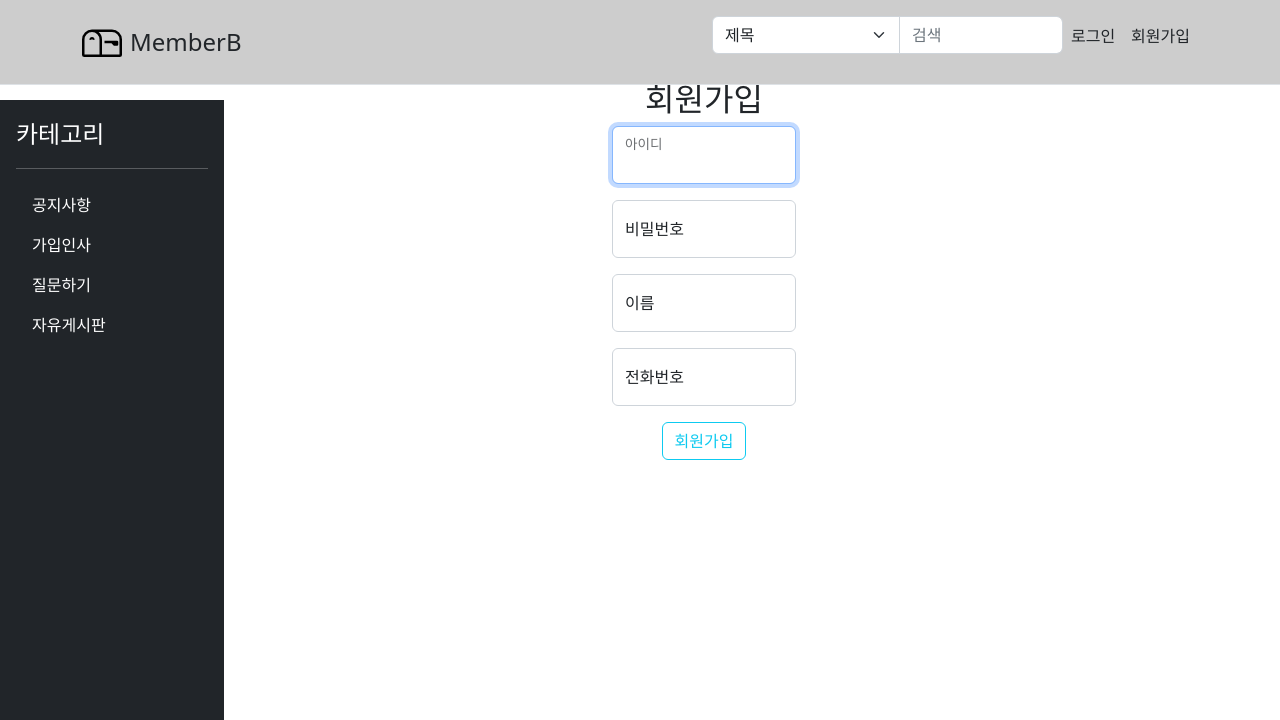
Repository: charmErin/board_220915
Page: http://localhost/board/WEB-INF/views/member/save.jsp
The author's editor kept a copy of each file at every save. The page is drawn from the files as they stood at one save, then again after the next save.
The browser window is 1280 px wide. The pictures show the whole page.
The page is served by Tomcat 9. Nobody is signed in. The template is opened directly, without the code that normally fills it, so the values that code supplies are empty.

Above is the page before, as saved 2022-09-16 02:47:06.

After the next save:
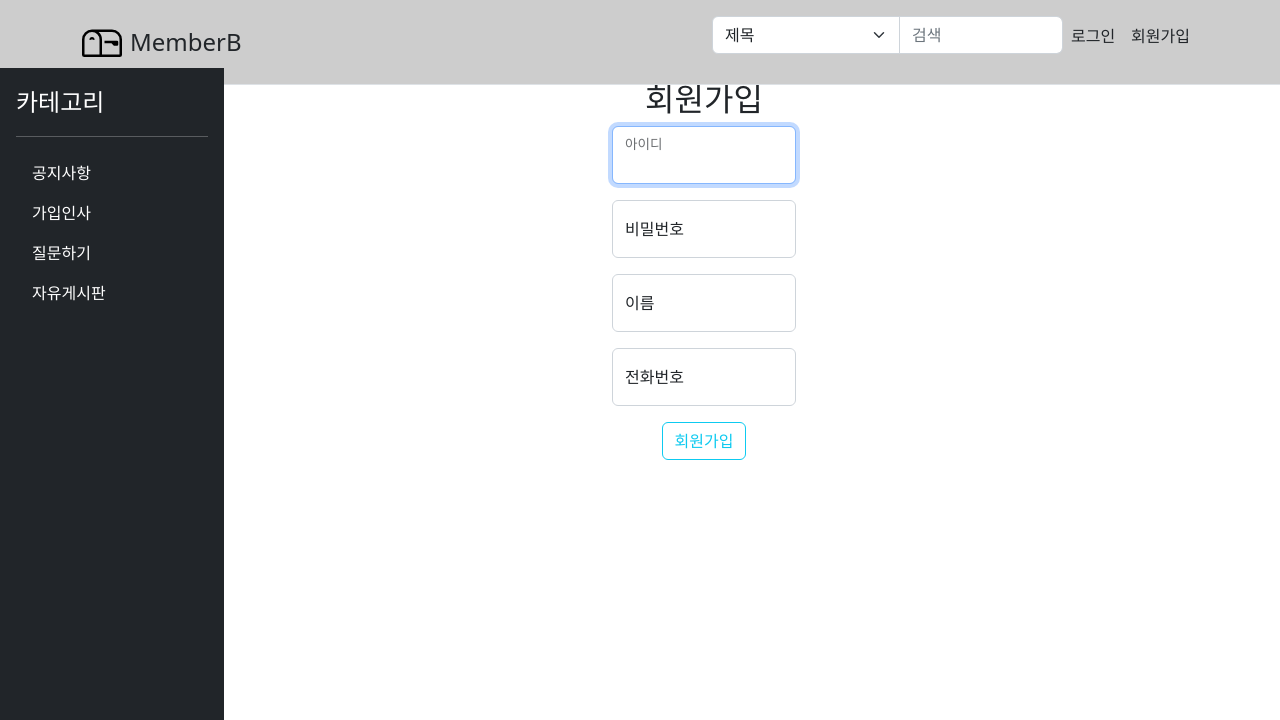
Saved 18 s later.
--- a/board/src/main/webapp/WEB-INF/views/layout/header.jsp
+++ b/board/src/main/webapp/WEB-INF/views/layout/header.jsp
@@ -16,7 +16,6 @@
 	.side-bar {
 		width: 14rem;
 		height: 100%;
-		margin-top: 2rem;
 		position: fixed;
 		display: inline !important;
 	}

After the 3 saves that followed:
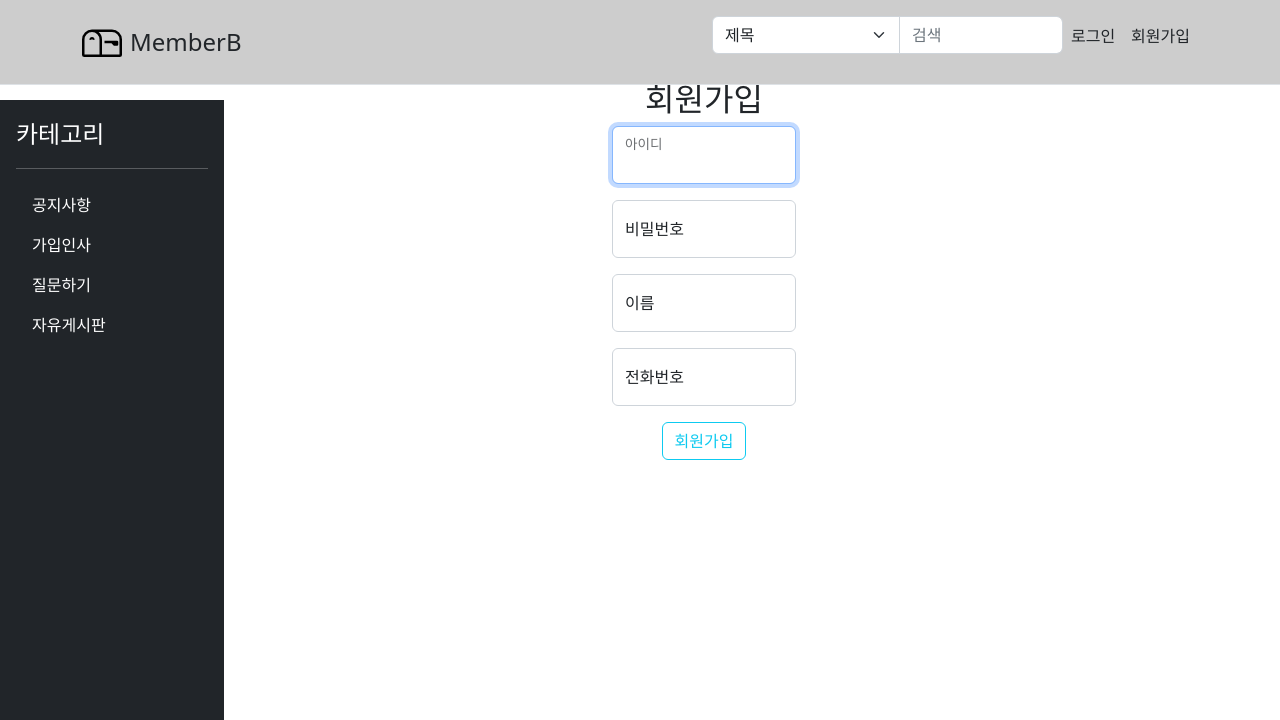
The 3 saves are shown as one change because 2 left the picture as it was.
The last was saved 60 s later.
--- a/board/src/main/webapp/WEB-INF/views/layout/header.jsp
+++ b/board/src/main/webapp/WEB-INF/views/layout/header.jsp
@@ -16,6 +16,7 @@
 	.side-bar {
 		width: 14rem;
 		height: 100%;
+		margin-top: 2rem;
 		position: fixed;
 		display: inline !important;
 	}
